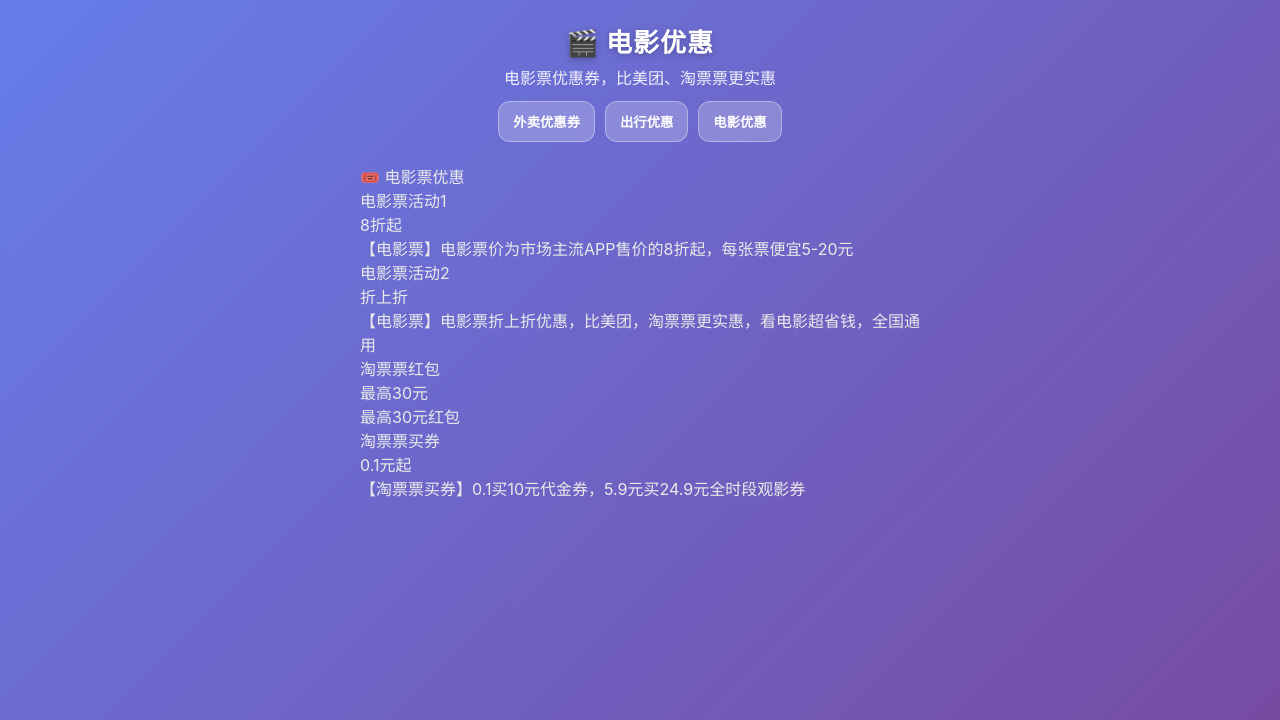
Repository: HL1906/coupon-website
Page: movie.html
These files come from the project's save history. The page is drawn as it stood at one moment and after the next save; the edit follows.
The browser window is 1280 px wide. The pictures show the whole page.

Above is the page before, as saved 2025-08-16 13:23:06.

After the next save:
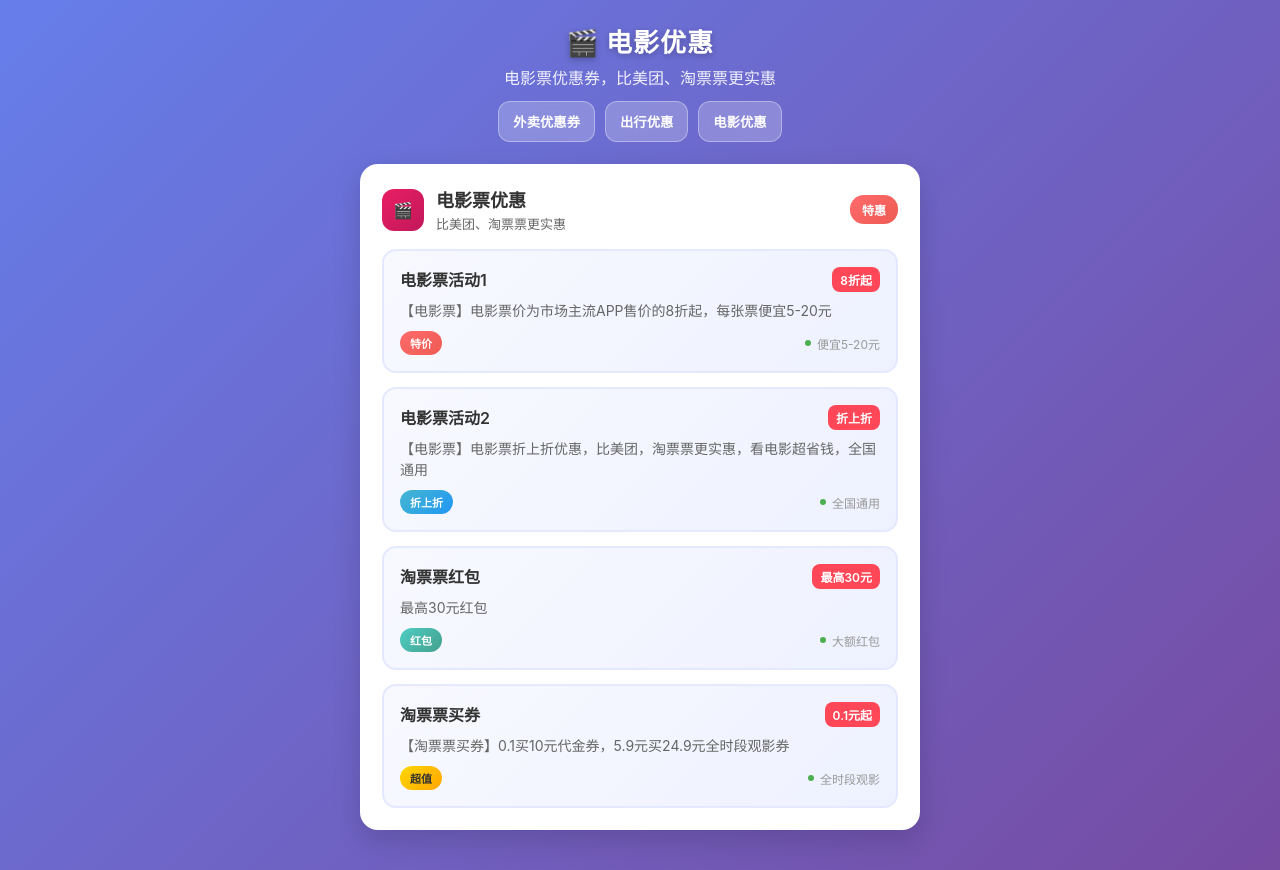
Saved 19 s later.
--- a/movie.html
+++ b/movie.html
@@ -55,36 +55,61 @@
         </div>
 
         <!-- 电影票优惠 -->
-        <div class="section">
-            <div class="sec-title">🎟️ 电影票优惠</div>
-            <div class="grid">
-                <div class="card" onclick="openLink('https://kzurl16.cn/7zVYZu')">
-                    <div class="row">
-                        <div class="name">电影票活动1</div>
-                        <div class="badge">8折起</div>
+        <div class="platform-section">
+            <div class="platform-header">
+                <div class="platform-info">
+                    <div class="platform-icon" style="background:linear-gradient(135deg,#E91E63,#C2185B);">🎬</div>
+                    <div>
+                        <div class="platform-title">电影票优惠</div>
+                        <div class="platform-subtitle">比美团、淘票票更实惠</div>
                     </div>
-                    <div class="desc">【电影票】电影票价为市场主流APP售价的8折起，每张票便宜5-20元</div>
                 </div>
-                <div class="card" onclick="openLink('https://kurl02.cn/7zinXD')">
-                    <div class="row">
-                        <div class="name">电影票活动2</div>
-                        <div class="badge">折上折</div>
+                <div class="platform-badge">特惠</div>
+            </div>
+            <div class="coupon-grid">
+                <div class="coupon-item" onclick="openLink('https://kzurl16.cn/7zVYZu')">
+                    <div class="coupon-header">
+                        <div class="coupon-title">电影票活动1</div>
+                        <div class="coupon-amount">8折起</div>
                     </div>
-                    <div class="desc">【电影票】电影票折上折优惠，比美团，淘票票更实惠，看电影超省钱，全国通用</div>
+                    <div class="coupon-desc">【电影票】电影票价为市场主流APP售价的8折起，每张票便宜5-20元</div>
+                    <div class="coupon-footer">
+                        <span class="tag hot">特价</span>
+                        <div class="coupon-status"><div class="status-dot"></div>便宜5-20元</div>
+                    </div>
                 </div>
-                <div class="card" onclick="openLink('https://kzurl20.cn/7zVYrX')">
-                    <div class="row">
-                        <div class="name">淘票票红包</div>
-                        <div class="badge">最高30元</div>
+                <div class="coupon-item" onclick="openLink('https://kurl02.cn/7zinXD')">
+                    <div class="coupon-header">
+                        <div class="coupon-title">电影票活动2</div>
+                        <div class="coupon-amount">折上折</div>
                     </div>
-                    <div class="desc">最高30元红包</div>
+                    <div class="coupon-desc">【电影票】电影票折上折优惠，比美团，淘票票更实惠，看电影超省钱，全国通用</div>
+                    <div class="coupon-footer">
+                        <span class="tag stack">折上折</span>
+                        <div class="coupon-status"><div class="status-dot"></div>全国通用</div>
+                    </div>
                 </div>
-                <div class="card" onclick="openLink('https://kzurl07.cn/7zinkM')">
-                    <div class="row">
-                        <div class="name">淘票票买券</div>
-                        <div class="badge">0.1元起</div>
+                <div class="coupon-item" onclick="openLink('https://kzurl20.cn/7zVYrX')">
+                    <div class="coupon-header">
+                        <div class="coupon-title">淘票票红包</div>
+                        <div class="coupon-amount">最高30元</div>
                     </div>
-                    <div class="desc">【淘票票买券】0.1买10元代金券，5.9元买24.9元全时段观影券</div>
+                    <div class="coupon-desc">最高30元红包</div>
+                    <div class="coupon-footer">
+                        <span class="tag new">红包</span>
+                        <div class="coupon-status"><div class="status-dot"></div>大额红包</div>
+                    </div>
+                </div>
+                <div class="coupon-item" onclick="openLink('https://kzurl07.cn/7zinkM')">
+                    <div class="coupon-header">
+                        <div class="coupon-title">淘票票买券</div>
+                        <div class="coupon-amount">0.1元起</div>
+                    </div>
+                    <div class="coupon-desc">【淘票票买券】0.1买10元代金券，5.9元买24.9元全时段观影券</div>
+                    <div class="coupon-footer">
+                        <span class="tag top">超值</span>
+                        <div class="coupon-status"><div class="status-dot"></div>全时段观影</div>
+                    </div>
                 </div>
             </div>
         </div>
